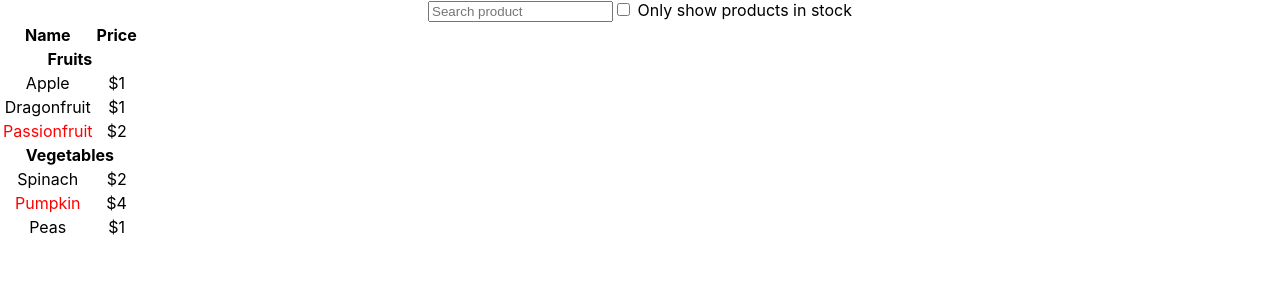
Repository: rezapurnamaa/product-category
Page: /
These files come from the project's save history. The page is drawn as it stood at one moment and after the next save; the edit follows.
The browser window is 1280 px wide. The pictures show the whole page.
The project was rebuilt for these pictures with package versions that can differ from the ones it lists, and the page was loaded fresh each time.

Above is the page before, as saved 2023-06-23 01:31:41.

After the next save:
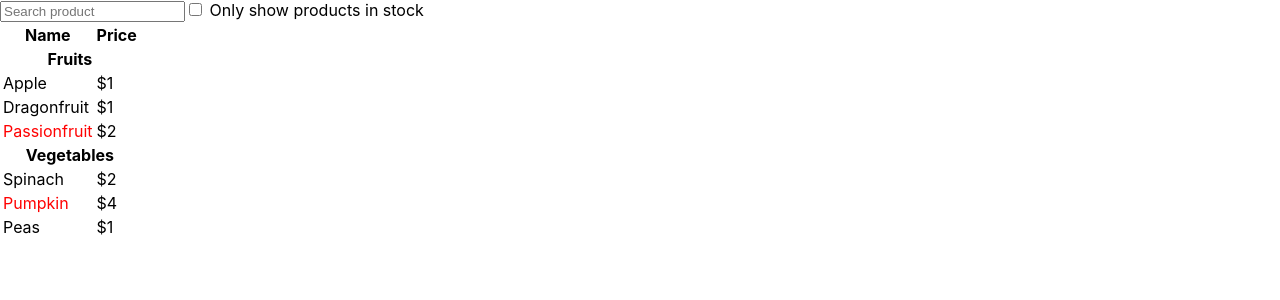
Saved 11 s later.
--- a/src/App.js
+++ b/src/App.js
@@ -11,7 +11,7 @@ const PRODUCTS = [
 
 function App() {
   return (
-    <div className="App">
+    <div>
       <FilterableProductTable products={PRODUCTS} />
     </div>
   );
